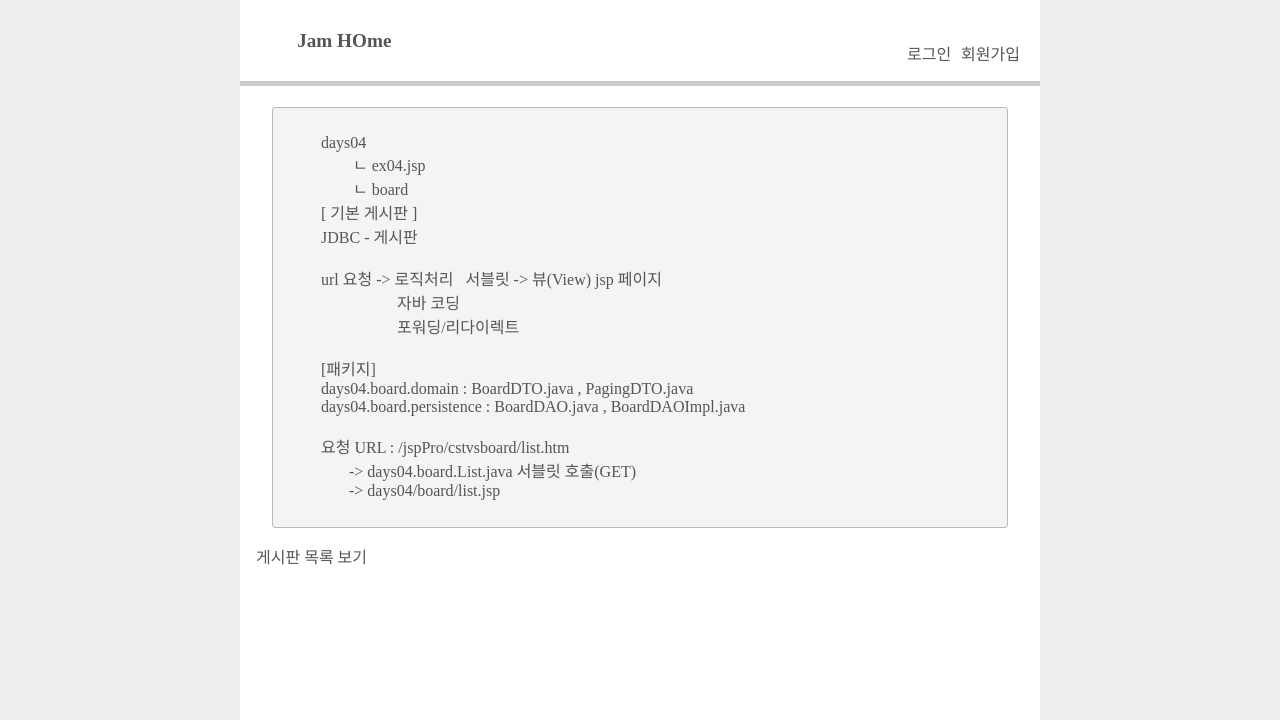
Repository: woals5636/JSPClass
Page: http://localhost/jspPro/days04/ex04.jsp
An editor plug-in stored every save of this project. The page is shown before and after the next save, followed by the edit.
The browser window is 1280 px wide. The pictures show the whole page.
Some web fonts or font styles are not loaded; a fallback is used. The page is served by Tomcat 9. Other server files are loaded and not shown.

Above is the page before, as saved 2024-10-18 07:04:14.

### jspPro/src/main/webapp/days04/ex04.jsp
<%@ page contentType="text/html; charset=UTF-8" pageEncoding="UTF-8"%>
<%@ taglib prefix="c" uri="http://java.sun.com/jsp/jstl/core"%>
<!DOCTYPE html>
<html>
<head>
<meta charset="UTF-8">
<title>Insert title here</title>
<link rel="shortcut icon" type="image/x-icon" href="http://localhost/jspPro/images/SiSt.ico">
<script src="https://ajax.googleapis.com/ajax/libs/jquery/3.7.1/jquery.min.js"></script>
<meta name="viewport" content="width=device-width, initial-scale=1.0">
<meta name="google" content="notranslate">
<link rel="stylesheet" href="http://localhost/jspPro/resources/cdn-main/example.css">
<script src="http://localhost/jspPro/resources/cdn-main/example.js"></script>
<style>
 span.material-symbols-outlined{
    vertical-align: text-bottom;
 }
</style>
</head>
<body>
<header>
  <h1 class="main"><a href="#" style="position: absolute;top:30px;">Jam HOme</a></h1>
  <ul>
    <li><a href="#">로그인</a></li>
    <li><a href="#">회원가입</a></li>
  </ul>
</header>
<div>
  <xmp class="code">
	days04
		ㄴ ex04.jsp
		ㄴ board
	[ 기본 게시판 ]
	JDBC - 게시판

	url 요청 -> 로직처리   서블릿 -> 뷰(View) jsp 페이지
			   자바 코딩
			   포워딩/리다이렉트

	[패키지]
	days04.board.domain : BoardDTO.java , PagingDTO.java
	days04.board.persistence : BoardDAO.java , BoardDAOImpl.java

	요청 URL : /jspPro/cstvsboard/list.htm
	       -> days04.board.List.java 서블릿 호출(GET)
	       -> days04/board/list.jsp
  </xmp>

  <a href="/jspPro/cstvsboard/list.htm">게시판 목록 보기</a>
</div>
</body>
</html>

### jspPro/src/main/webapp/resources/cdn-main/example.css
@charset "UTF-8";

@import url('https://fonts.googleapis.com/css2?family=Material+Symbols+Outlined:opsz,wght,FILL,GRAD@20..48,100..700,0..1,-50..200');

@font-face {
    font-family: 'GmarketSansMedium';
    src: url('https://cdn.jsdelivr.net/gh/projectnoonnu/noonfonts_2001@1.1/GmarketSansMedium.woff') format('woff');
    font-weight: normal;
    font-style: normal;
}

:root {
	--text-color: #555;
	--sub-text-color: #777;
	--back-color: #EFEFEF;
	--header-color: #444;
	--primary-color: #DEDEDE;
	--secondary-color: #EFEFEF;
	--default-width: 800px;
	--narrow-width: 500px;
	--wide-width: 1200px;
	--text-font: 'GmarketSansMedium';
	--icon-font: 'Material Symbols Outlined';
	--border-color: #CCC;
}

html, body {
	margin: 0;
	padding: 0;
}

html {
	background-color: var(--back-color);
	display: flex;
	justify-content: center;
	min-height: 100vh;
}

body, body.default {
	width: var(--default-width);
	background-color: white;
	padding-bottom: 120px;
}

body.wide {
	width: var(--wide-width);
}

body.narrow {
	width: var(--narrow-width);
}



body, p, div, span, a, input, select, option, textarea, button, table, th, td, label, fieldset, legend {
	font-family: var(--text-font);
	color: var(--text-color);
}

h1, h2, h3 {
	font-family: var(--text-font);
	color: var(--header-color);
	padding: 0 1rem;
	padding-top: .5rem;
}

div > h1, div > h2, div > h3 {
	padding: 0;
}

body > div, body > main > div {
	padding: 0.3rem 1rem;
}


h1 { font-size: 2rem; border-bottom: 1px solid var(--border-color); }
h1 small { font-size: 1.2rem; color: var(--sub-text-color); }
h2 { font-size: 1.5rem; border-bottom: 1px dashed var(--border-color); }
h2 small { font-size: 1.1rem; color: --sub-text-color; }
h3 { font-size: 1.2rem; }
h3 small { font-size: 1rem; color: --sub-text-color; }



h1.main::before {
	font-family: var(--icon-font);
  	content: '\e666';
  	margin-right: 10px;
  	float: left;
	font-size: 2.5rem;
}

h1.sub::before {
	font-family: var(--icon-font);
  	content: '\ea19';
  	margin-right: 10px;
  	float: left;
	font-size: 2.5rem;
}


h1.page::before {
	font-family: var(--icon-font);
  	content: '\e0e0';
  	margin-right: 10px;
  	float: left;
	font-size: 2.5rem;
}

body > header > ul > li > .active{
	background-color: #FFF;
	color:#F00;
}

body > header {
	display: flex;
	justify-content: space-between;
	border-bottom: 5px solid var(--border-color);
	min-height: 74px;
	background-color: #FFF;
}

body > header.sticky {
	position: sticky;
	top: 0;
	z-index: 98;
}

body > header > h1 {
	font-size: 1.2rem;
	border: 0;
}

body > header.in > h1::before {
	font-family: var(--icon-font);
  	content: '\e332‥';
  	margin-right: 3px;
  	float: left;
	font-size: 2rem;
}


body > header > ul {
	list-style-type: none;
	display: flex;
	align-items: flex-end;
	margin-right: 10px;
}

body > header > ul > li {
	margin-right: 10px;
	cursor: pointer;
}

body > header > ul > li > a {
	cursor: pointer;
}


form {
	display: block;
}

form > div {
	padding: 0.3rem 1rem;
}

div > form > div {
	padding: 0.3rem 0;
}

input, textarea, button, select {
	border: 1px solid #BBB;
	border-radius: 3px;
	outline: none;
	resize: none;
	padding: 7px;
	margin: 0;
}

input[type=text]:read-only, textarea:read-only {
	cursor: not-allowed;
	background-color: #FFF;
}

input[type=text]:disabled, textarea:disabled {
	cursor: not-allowed;
	background-color: #EEE;
}

input[type=text], input[type=password], textarea, button, select {
	/* width: 300px; */
}

textarea {
	display: block;
	height: 100px;
}

input[type=button], input[type=submit], button {
	/* width: inherit; */
}

input.short, textarea.short, button.short, select.short {
	width: 100px;
}

input.long, textarea.long, button.long, select.long {
	width: 350px;
}

.narrow input.long, .narrow textarea.long, .narrow button.long, .narrow select.long {
	width: calc(100% - 20px);
}

input.full, textarea.full, button.full, select.full {
	width: calc(100% - 20px);
}

textarea.short {
	height: 50px;
}

textarea.long {
	height: 100px;
}

textarea.full {
	height: 200px;
}

input, textarea {
	padding-top: 8px;
}

input[type=button], input[type=submit], button {
	padding: 5px 10px;
	background-color: var(--secondary-color);
	cursor: pointer;
	min-height: 36px;
}

input[type=button].primary, input[type=submit].primary, button.primary {
	/* background-color: rgba(100, 149, 237, .2); */
	background-color: var(--primary-color);
}

input[type=button].primary:hover, input[type=submit].primary:hover, button.primary:hover {
	/* background-color: rgba(100, 149, 237, .3); */
	background-color: var(--secondary-color);
}

input[type=button]:hover, input[type=submit]:hover, button:hover {
	background-color: var(--primary-color);
}

button {
	position: relative;
	left: 0;
	top: 0;
	padding-left: 35px;
}

button .material-symbols-outlined {
	position: absolute;
	left: 10px;
	top: 4px;
}

/* k2nik add */
button.login::before {
	font-family: var(--icon-font);
  	content: '\ea77';
	position: absolute;
	left: 11px;
	top: 4px;
	font-size: 1.25rem;
}

/* k2nik logout */
button.logout::before {
	font-family: var(--icon-font);
  	content: '\e9ba';
	position: absolute;
	left: 11px;
	top: 4px;
	font-size: 1.25rem;
}

/* k2nik help */
button.help::before {
	font-family: var(--icon-font);
  	content: '\f1c0';
	position: absolute;
	left: 11px;
	top: 4px;
	font-size: 1.25rem;
}

button.add::before{
	font-family: var(--icon-font);
  	content: '\e746';
	position: absolute;
	left: 11px;
	top: 4px;
	font-size: 1.25rem;
}

button.back::before {
	font-family: var(--icon-font);
  	content: '\e166';
	position: absolute;
	left: 11px;
	top: 4px;
	font-size: 1.25rem;
}

button.list::before {
	font-family: var(--icon-font);
  	content: '\e0ee';
	position: absolute;
	left: 11px;
	top: 4px;
	font-size: 1.25rem;
}


button.del::before {
	font-family: var(--icon-font);
  	content: '\e872';
	position: absolute;
	left: 11px;
	top: 4px;
	font-size: 1.25rem;
}


button.edit::before {
	font-family: var(--icon-font);
  	content: '\e745';
	position: absolute;
	left: 11px;
	top: 4px;
	font-size: 1.25rem;
}


button.login::before {
	font-family: var(--icon-font);
  	content: '\ea77';
	position: absolute;
	left: 11px;
	top: 4px;
	font-size: 1.25rem;
}


button.logout::before {
	font-family: var(--icon-font);
  	content: '\e9ba';
	position: absolute;
	left: 11px;
	top: 4px;
	font-size: 1.25rem;
}


button.in::before {
	font-family: var(--icon-font);
  	content: '\f71a';
	position: absolute;
	left: 11px;
	top: 4px;
	font-size: 1.25rem;
}


button.out::before {
	font-family: var(--icon-font);
  	content: '\f70e';
	position: absolute;
	left: 11px;
	top: 4px;
	font-size: 1.25rem;
}


button.reply::before {
	font-family: var(--icon-font);
  	content: '\e15e';
	position: absolute;
	left: 11px;
	top: 4px;
	font-size: 1.25rem;
}


button.comment::before {
	font-family: var(--icon-font);
  	content: '\e0b9';
	position: absolute;
	left: 11px;
	top: 4px;
	font-size: 1.25rem;
}


button.modal::before {
	font-family: var(--icon-font);
  	content: '\e89e';
	position: absolute;
	left: 11px;
	top: 4px;
	font-size: 1.25rem;
}


button.ok::before {
	font-family: var(--icon-font);
  	content: '\e86c';
	position: absolute;
	left: 11px;
	top: 4px;
	font-size: 1.25rem;
}


button.cancel::before {
	font-family: var(--icon-font);
  	content: '\e5c9';
	position: absolute;
	left: 11px;
	top: 4px;
	font-size: 1.25rem;
}

button.search::before {
	font-family: var(--icon-font);
  	content: '\e8b6';
	position: absolute;
	left: 11px;
	top: 4px;
	font-size: 1.25rem;
}

button.home::before {
	font-family: var(--icon-font);
  	content: '\e88a';
	position: absolute;
	left: 11px;
	top: 4px;
	font-size: 1.25rem;
}


button.sidebar::before {
	font-family: var(--icon-font);
  	content: '\f7e4';
	position: absolute;
	left: 11px;
	top: 4px;
	font-size: 1.25rem;
}


button.sidebar-right::before {
	font-family: var(--icon-font);
  	content: '\f7e5';
	position: absolute;
	left: 11px;
	top: 4px;
	font-size: 1.25rem;
}




button::before {
	font-family: var(--icon-font);
  	content: '\e323';
	position: absolute;
	left: 11px;
	top: 4px;
	font-size: 1.25rem;
}


table {
	border-collapse: collapse;
	margin: 1rem;
	box-sizing: border-box;
	width: calc(100% - 32px);
}

table.content {
	width: auto;
}

div > table {
	margin: 0;
}

table th, table td {
	border: 1px solid var(--border-color);
	padding: 7px;
	font-weight: normal;
}

table th {
	background-color: var(--back-color);
}

table.vertical th {
	width: 150px;
}

table.vertical td {
	width: calc(100% - 182px);
	padding-left: 10px;
}

table.content td, table.content th {
	width: auto;
}

body.narrow table.vertical th {
	width: 100px;
}

body.narrow table.vertical td {
	width: calc(100% - 182px);
}


table + table {
	margin-top: 30px;
}


p {
	padding: 0 1rem;
}

a {
	text-decoration: none;
}

a:hover {
	color: rgba(255, 99, 71, .7);
}

hr {
	border: 0;
	border-top: 1px solid var(--border-color);
	margin: 2rem 0;
}

.message {
	border: 1px solid var(--border-color);
	background-color: #EFEFEF;
	margin: 1rem;
	width: auto;
	padding-top: 10px;
	padding-bottom: 10px;
	font-size: 14px;
}

.message[title]::before {
	content: attr(title);
	display: block;
	border-bottom: 1px solid var(--border-color);
	padding-bottom: 5px;
	margin-bottom: 10px;
	margin-top: 7px;
}

.message.short {
	max-width: 250px;
}

.message.long {
	max-width: 500px;
}

.badge {
	float: right;
	font-size: .8rem;
	margin-top: 2px;
	margin-right: 2px;
	text-shadow: 0 0 7px gray;
}

.badge.left {
	float: none;
	margin-left: 2px;
}

.badge.right {
	float: right;
}

.badge.red {
	border-radius: 50%;
	padding: 2px 5px;
	background-color: rgb(255, 99, 71, .3);
}

.badge.yellow {

	border-radius: 50%;
	padding: 2px 5px;
	background-color: rgb(255, 215, 0, .5);
}

.badge.blue {
	border-radius: 50%;
	padding: 2px 5px;
	background-color: rgb(100, 149, 237, .3);
}

label + label {
	margin-left: 7px;
}

label input[type=checkbox], label input[type=radio] {
	transform: translate(0, 1px);
}

.group {
	display: flex;
}

.modal-content .group {
	margin-bottom: .5rem;
}

.group label {
	border: 1px solid #BBB;
	border-radius: 3px;
	outline: none;
	resize: none;
	padding: 7px 14px;
	margin: 0;
	border-top-right-radius: 0;
	border-bottom-right-radius: 0;
	background-color: #EFEFEF;
	white-space: nowrap;
	font-size: 14px;
}

.group input[type=text] {
	margin-left: -1px;
	border-top-left-radius: 0;
	border-bottom-left-radius: 0;
}

.group select {
	margin-left: -1px;
	border-top-left-radius: 0;
	border-bottom-left-radius: 0;
}

.group input.full[type=text] {
	margin-left: -1px;
	border-top-left-radius: 0;
	border-bottom-left-radius: 0;
	width: 100%;
}

.group input[type=button]:first-child, .group button:first-child {
	border-top-left-radius: 3px;
	border-bottom-left-radius: 3px;
	margin-left: 0px;
}

.group input[type=button], .group button {
	border-radius: 0;
	margin-left: -1px;
}

.group input[type=button]:last-child, .group button:last-child {
	margin-left: -1px;
	border-top-right-radius: 3px;
	border-bottom-right-radius: 3px;
}

.seperate {
	display: flex;
	justify-content: space-between;
}

div.list {
	width: max-content;
	margin: 1rem;
	border: 1px solid #BBB;
	border-radius: 3px;
	padding: 0;
}

div.list.full {
	width: auto;
	display: block;
	margin: 1rem;
	border: 1px solid #BBB;
	border-radius: 3px;
	padding: 0;
}

div.list > div {
	padding: .5rem 1rem;
	margin: 0;
	border-bottom: 1px solid #BBB;
}

div.list > div:last-child {
	border-bottom: 0;
}

pre.code , xmp.code{
	font-family: consols;
	background-color: rgba(150, 150, 150, .1);
	border: 1px solid #BBB;
	border-radius: 3px;
	padding: .5rem 1rem;
	padding-bottom: .6rem;
	margin: 1rem;
}




*[data-modal-window] {
	position: fixed;
	background-color: rgba(0, 0, 0, .3);
	left: 0;
	top: 0;
	display: none;
	justify-content: center;
	align-items: flex-start;
	width: 100%;
	min-height: 100vh;
	z-index: 100;
	opacity: 0;
	transition: 500ms all;
}

*[data-modal-window] .modal-container {
	border-radius: 5px;
	padding: 1rem;
	padding-bottom: .5rem;
	margin-top: -500px;
	opacity: 0;
	width: 500px;
	background-color: #FFF;
	margin-right: 2rem;
	transition: 500ms all;
}

*[data-modal-size=content] .modal-container {
	width: auto;
}

*[data-modal-size=narrow] .modal-container {
	width: 300px;
}

*[data-modal-size=wide] .modal-container {
	width: 760px;
}


*[data-modal-window] .modal-header {
	border-bottom: 1px solid var(--border-color);
	padding: 2px 5px;
}

*[data-modal-window] .modal-content {
	padding: 1rem 5px;
}

*[data-modal-window] .modal-content div:last-child {
	margin-top: 1rem;
	text-align: right;
}



*[data-sidebar-window] {
	position: fixed;
	background-color: #FFF;
	left: 0;
	top: 0;
	display: block;
	width: 300px;
	border-right: 1px solid var(--border-color);
	box-sizing: border-box;
	box-shadow: 0 0 3px var(--back-color);
	min-height: 100vh;
	z-index: 99;
	transform: translate(-300px, 0);
	transition-duration: 500ms;
	transition-property: transform;
}

*[data-sidebar-direction=right] {
	left: auto;
	right: 0;
	transform: translate(300px, 0);
	border-left: 1px solid var(--border-color);
}

*[data-sidebar-size=wide] {
	width: 500px;
	transform: translate(-500px, 0);
}

*[data-sidebar-window] .sidebar-title {
	border-bottom: 1px solid var(--border-color);
	margin-top: 20px;
	margin-bottom: 20px;
	padding-bottom: 5px;
	display: flex;
	justify-content: space-between;
}

*[data-sidebar-window] .sidebar-title span:last-child {
	cursor: pointer;
}


/* K2Nik pagination */
.center {
  text-align: center;
}

.pagination {
  display: inline-block;
}

.pagination a {
  color: black;
  float: left;
  padding: 3px 6px;
  text-decoration: none;
  transition: background-color .3s;
  border: 1px solid #ddd;
  margin: 0 3px;
}

.pagination a.active {
  background-color: #4CAF50;
  color: white;
  border: 1px solid #4CAF50;
}

.pagination a:hover:not(.active) {background-color: #ddd;}

### jspPro/src/main/webapp/resources/cdn-main/example.js

window.onload = () => {

    const list = document.querySelectorAll('input, textarea');

    list.forEach(item => {
        item.setAttribute('autocomplete', 'off');
    });


    const modal_btn_list = document.querySelectorAll('*[data-modal-button]');

    modal_btn_list.forEach(item => {
        item.onclick = function() {

            const name = this.dataset['modalButton'];
            const modal_window = document.querySelector('*[data-modal-window=' + name);

            const container = document.createElement('div');
            container.className = 'modal-container';



            const modal_header = document.createElement('div');
            modal_header.textContent = modal_window.dataset['modalTitle'];
            modal_header.className = 'modal-header';
            container.appendChild(modal_header);

            const modal_content = document.createElement('div');
            modal_content.className = 'modal-content';
            container.appendChild(modal_content);

            Array.from(modal_window.childNodes).forEach(item => {
                modal_content.appendChild(item);
            });

            modal_window.appendChild(container);

            modal_window.style.display = 'flex';

            setTimeout(() => {
                modal_window.style.opacity = 1;
                container.style.marginTop = '20px';
                container.style.opacity = 1;
            }, 50);


            const modal_ok = document.querySelector('*[data-modal-ok=' + name);
            modal_ok.addEventListener('click', function() {
                modal_window.style.opacity = 0;
                container.style.marginTop = '-500px';
                container.style.opacity = 0;

                setTimeout(() => {
                    modal_window.innerHTML = modal_content.innerHTML;
                    modal_window.style.display = 'none';
                }, 500);

            });

            const modal_cancel = document.querySelector('*[data-modal-cancel=' + name);
            modal_cancel.addEventListener('click', function() {

                modal_window.style.opacity = 0;
                container.style.marginTop = '-500px';
                container.style.opacity = 0;

                setTimeout(() => {
                    modal_window.innerHTML = modal_content.innerHTML;
                    modal_window.style.display = 'none';
                }, 500);
            });


        };
    });


    const sidebar_btn_list = document.querySelectorAll('*[data-sidebar-button]');

    sidebar_btn_list.forEach(item => {
        item.onclick = function() {



            const name = this.dataset['sidebarButton'];
            const sidebar_window = document.querySelector('*[data-sidebar-window=' + name);

            if (sidebar_window.style.transform == 'translate(0px, 0px)') return;



            sidebar_window.style.transform = 'translate(0, 0)';

            const sidebar_title = document.createElement('div');
            sidebar_title.className = 'sidebar-title';
            sidebar_title.innerHTML = '<span>' + sidebar_window.dataset['sidebarTitle'] + '</span><span class="material-symbols-outlined">close</span>';

            sidebar_title.children[1].onclick = function() {

                let sign = 1;
                let distance = 300;

                if (sidebar_window.dataset['sidebarDirection'] != 'right') {
                    sign = -1;
                } else {
                    sign = 1;
                }

                if (sidebar_window.dataset['sidebarSize'] != 'wide') {
                    distance = 300;
                } else {
                    distance = 500;
                }

                distance *= sign;

                sidebar_window.style.transform = 'translate(' + distance + 'px, 0)';

                setTimeout(function() {
                    sidebar_window.removeChild(sidebar_window.children[0]);
                }, 500);
            };


            sidebar_window.prepend(sidebar_title);

        }
    });

};

// window.onkeydown = function(event) {

//     if (event.keyCode == 27) {
//         if (document.querySelector('[data-modal-window').style.display == 'flex') {
//             document.querySelector('[data-modal-window').style.display = 'none';
//         }
//     }

// };

After the next save:
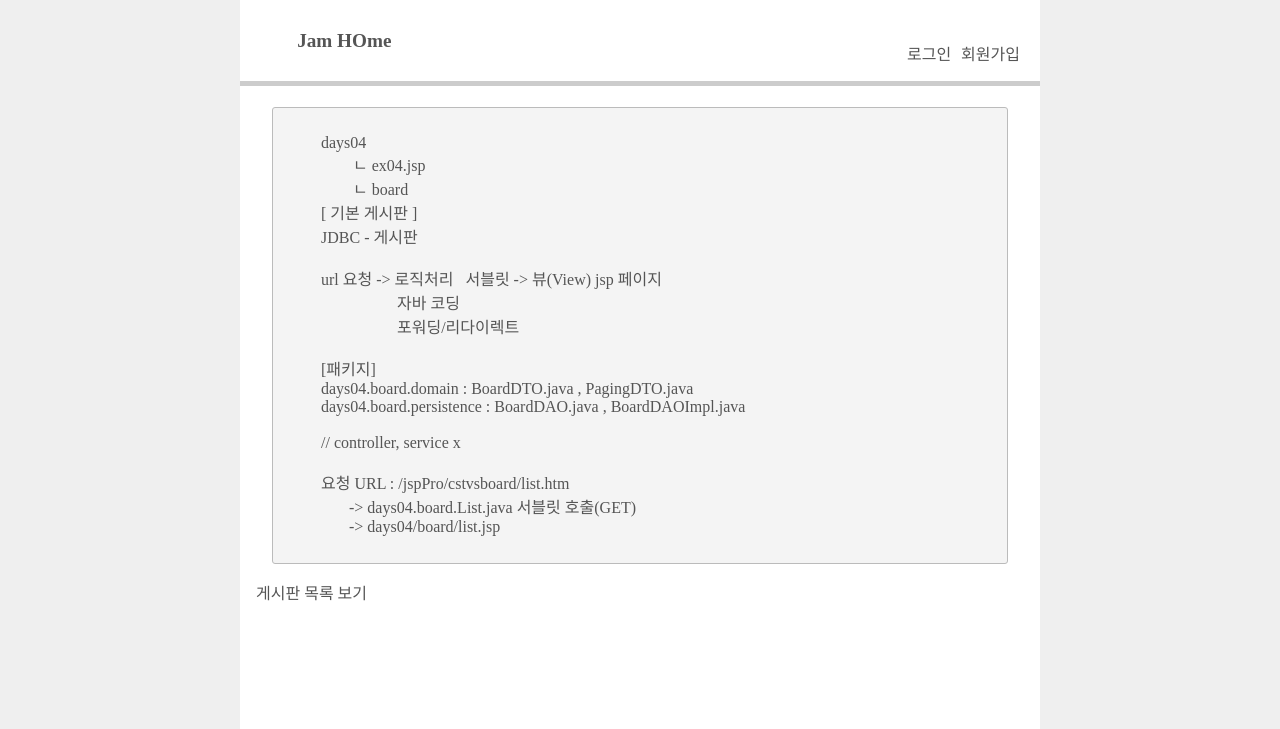
Saved 20 s later.
--- a/jspPro/src/main/webapp/days04/ex04.jsp
+++ b/jspPro/src/main/webapp/days04/ex04.jsp
@@ -41,6 +41,8 @@
 	days04.board.domain : BoardDTO.java , PagingDTO.java
 	days04.board.persistence : BoardDAO.java , BoardDAOImpl.java
 
+	// controller, service x
+
 	요청 URL : /jspPro/cstvsboard/list.htm
 	       -> days04.board.List.java 서블릿 호출(GET)
 	       -> days04/board/list.jsp
